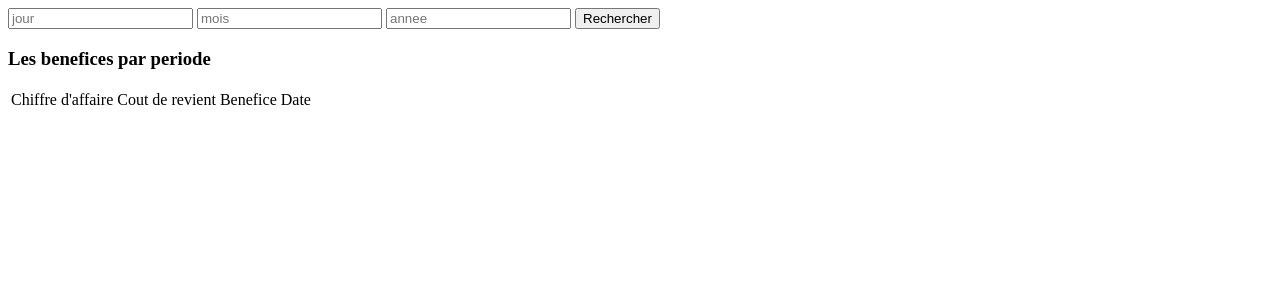
Repository: MiantsaSarindra/S3ExamDec
Page: http://localhost/app/views/benefice.php
The author's editor kept a copy of each file at every save. The page is drawn from the files as they stood at one save, then again after a run of saves.
The browser window is 1280 px wide. The pictures show the whole page.
The page is run by PHP 8.4 with error messages shown; the project is at /var/www/html/.

Above is the page before, as saved 2025-12-17 22:57:16.

After the next 2 saves:
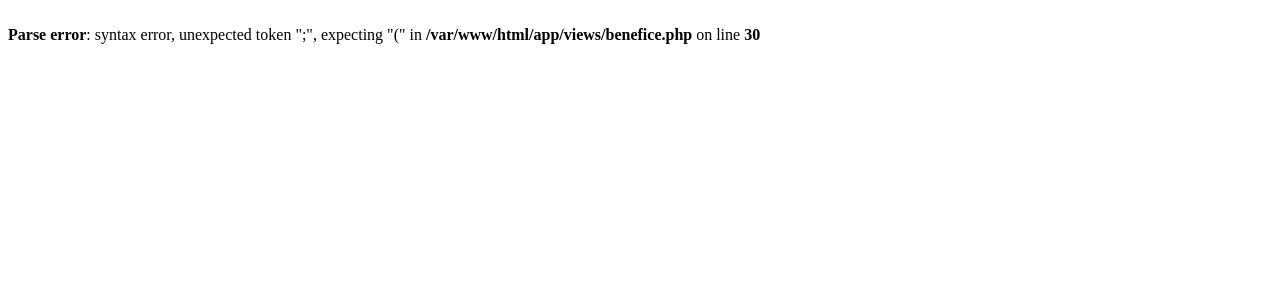
The 2 saves are shown as one change because they came seconds apart.
The last was saved 6 s later.
--- a/app/views/benefice.php
+++ b/app/views/benefice.php
@@ -27,7 +27,7 @@
 
         <tbody>
             <tr>
-
+                <?php for?>
                 <td></td>
                 <td></td>
                 <td></td>
